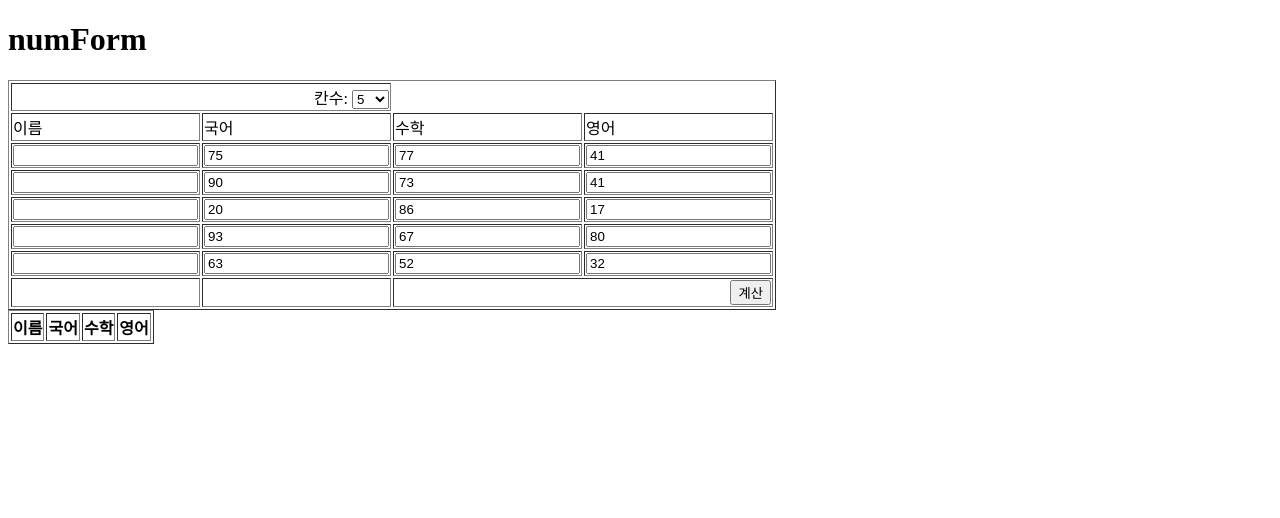
Repository: Jamikidu/newJsp
Page: http://localhost/jspProj/request/numForm.jsp
The author's editor kept a copy of each file at every save. The page is drawn from the files as they stood at one save, then again after a run of saves.
The browser window is 1280 px wide. The pictures show the whole page.
The page is served by Tomcat 9. Other server files are loaded and not shown.

Above is the page before, as saved 2023-07-27 08:20:36.

### jspProj/src/main/webapp/request/numForm.jsp
<%@ page language="java" contentType="text/html; charset=UTF-8"
    pageEncoding="UTF-8"%>
<%
	int cnt = 5;
	if(request.getParameter("cnt") != null){
		cnt = Integer.parseInt(request.getParameter("cnt"));
	}

%>
<!DOCTYPE html>
<html>
<head>
<meta charset="UTF-8">
<title>numForm</title>
<script type="text/javascript">
	function cntChange(){

		qwer.action="?"
		qwer.submit()
	}
</script>
</head>
<body>
<h1>numForm</h1>
<form action="numReg.jsp" name="qwer">
	<table border="">
		<tr>
			<td colspan="2" align="right">
			칸수:
				<select name="cnt" id="" onchange="cntChange()">
				<% for(int i=5; i<=30; i+=5){
				   String sel ="";

				   if(i == cnt){
					   sel = "selected";
				   }
				%>
					<option <%=sel%>><%=i %></option>
				<% } %>
				</select>
			</td>

		</tr>
		<tr>
			<td>이름</td>
			<td>국어</td>
			<td>수학</td>
			<td>영어</td>
		</tr>
		<tr>

		 <% for(int i=0;i<5;i++){ %>
			<td><input type="text" name="per"></td>
			<td><input type="text" name="kor" value="<%=(int)(Math.random()*90)+10 %>" /></td>
			<td><input type="text" name="eng" value="<%=(int)(Math.random()*90)+10 %>" /></td>
			<td><input type="text" name="meth" value="<%=(int)(Math.random()*90)+10 %>" /></td>
		</tr>
		<% } %>

		<tr>
			<td></td>
			<td></td>
			<td colspan="2" align="right">
				<input type="submit" value="계산" />
			</td>
		</tr>
	</table>
</form>
<table border="">
	<tr>
		<th>이름</th>
		<th>국어</th>
		<th>수학</th>
		<th>영어</th>
	</tr>
</table>

</body>
</html>

After the next 5 saves:
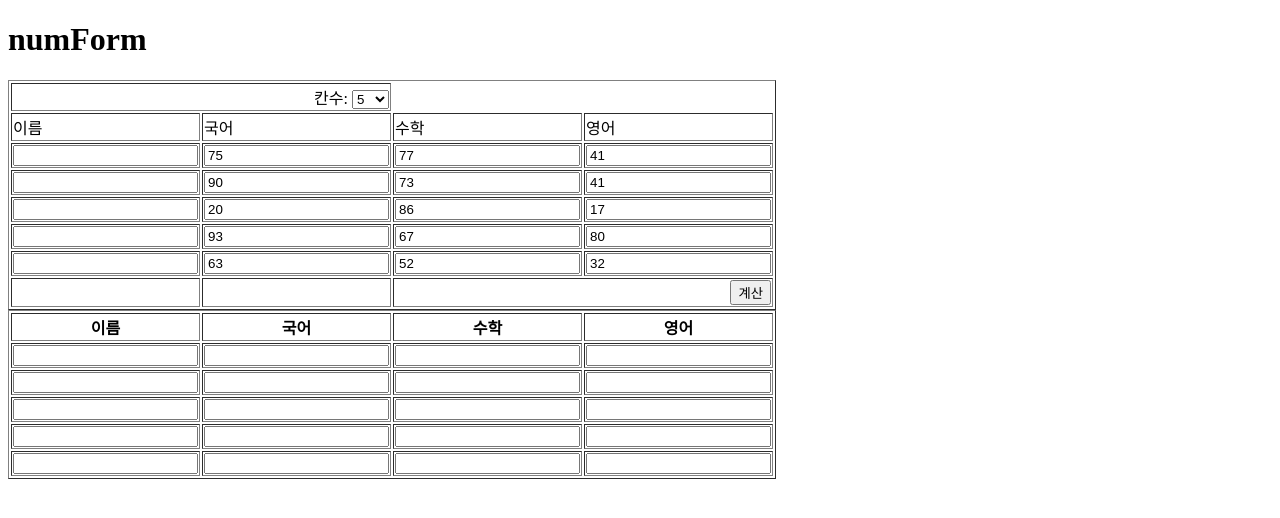
The 5 saves are shown as one change because 4 did not build or start.
The last was saved 2 min 9 s later.
--- a/jspProj/src/main/webapp/request/numForm.jsp
+++ b/jspProj/src/main/webapp/request/numForm.jsp
@@ -48,7 +48,6 @@
 			<td>영어</td>
 		</tr>
 		<tr>
-
 		 <% for(int i=0;i<5;i++){ %>
 			<td><input type="text" name="per"></td>
 			<td><input type="text" name="kor" value="<%=(int)(Math.random()*90)+10 %>" /></td>
@@ -73,6 +72,14 @@
 		<th>수학</th>
 		<th>영어</th>
 	</tr>
+	<tr>
+		 <% for(int i=0;i<5;i++){ %>
+			<td><input type="text" value=""></td>
+			<td><input type="text" value="" /></td>
+			<td><input type="text" value="" /></td>
+			<td><input type="text" value="" /></td>
+	</tr>
+	<% } %>
 </table>
 
 </body>
